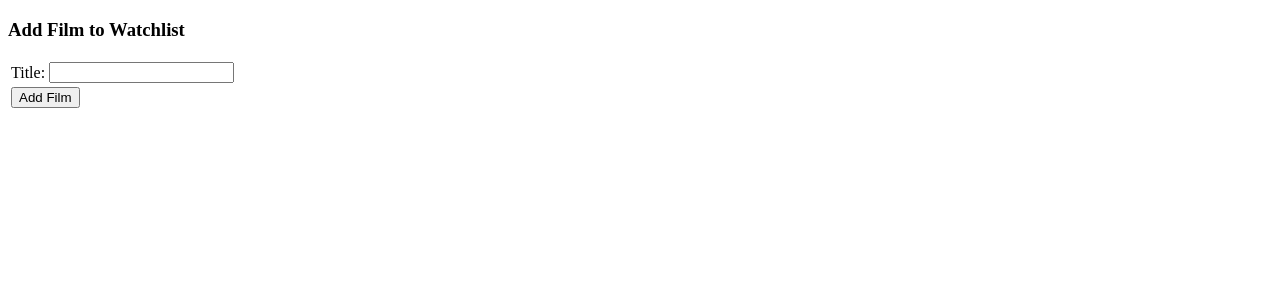
Repository: dannie-su-sjsu/CS157A-team6
Page: ToMovie/src/main/webapp/WEB-INF/html/AddFilm.html
An editor plug-in stored every save of this project. The page is shown before and after the next save, followed by the edit.
The browser window is 1280 px wide. The pictures show the whole page.

Above is the page before, as saved 2023-07-21 02:49:48.

### ToMovie/src/main/webapp/WEB-INF/html/AddFilm.html
<!DOCTYPE html>
<html>
<head>
<meta charset="UTF-8">
<title>Add Film</title>
</head>
<body>
	<h3>Add Film to Watchlist</h3>
	<form action ="SaveServlet" method="post">
		<table>
			<tr><td>Title:</td><td><input type="text" name="name"/></td></tr>
			<tr><td colspan="2"><input type="submit" value="Add Film"/></td></tr>
		</table>
	</form>
</body>
</html>

After the next save:
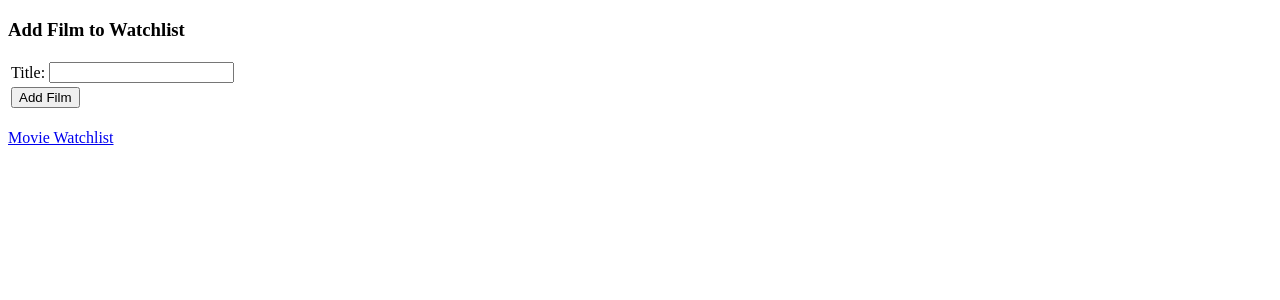
Saved 8 min 0 s later.
--- a/ToMovie/src/main/webapp/WEB-INF/html/AddFilm.html
+++ b/ToMovie/src/main/webapp/WEB-INF/html/AddFilm.html
@@ -12,5 +12,7 @@
 			<tr><td colspan="2"><input type="submit" value="Add Film"/></td></tr>
 		</table>
 	</form>
+	<br>
+	<a href ="MovieServlet.java">Movie Watchlist</a>
 </body>
 </html>
